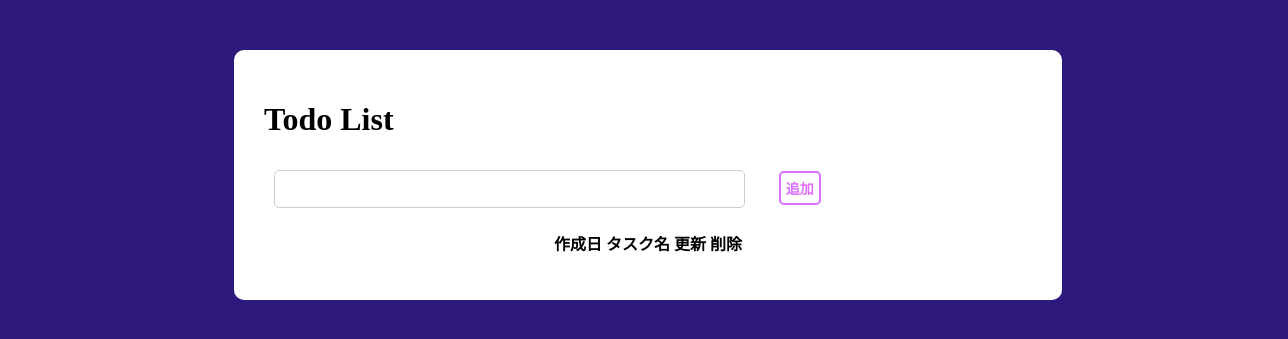
Repository: oninopantsu/20210529onoma
Page: http://localhost/todo/create
The author's editor kept a copy of each file at every save. The page is drawn from the files as they stood at one save, then again after the next save.
The browser window is 1280 px wide. The page is 1288 px wide, so the pictures cover 1288 px, including what lies to the right of the window. The pictures show the whole page.
The page is served by the project's Laravel application, run on PHP 8.4 with Laravel 8. Queries for data that is not in the repository find no rows.

Above is the page before, as saved 2021-06-05 16:39:29.

After the next save:
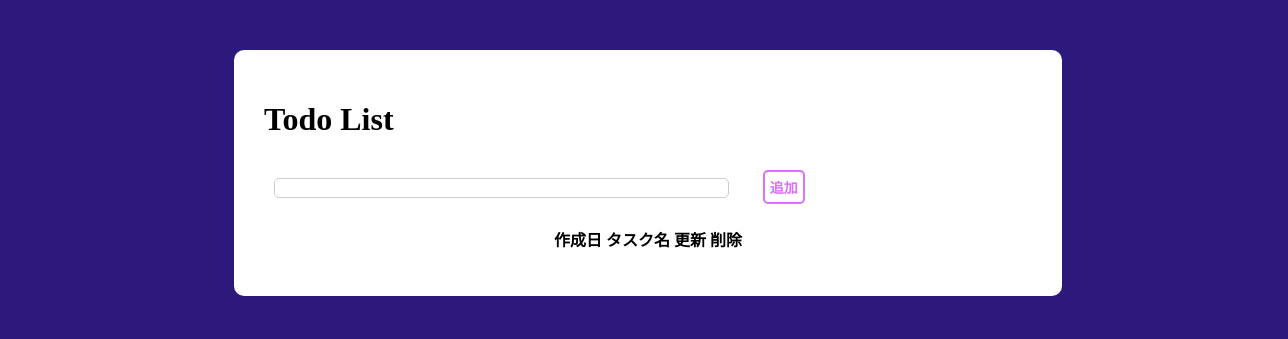
Saved 11 s later.
--- a/resources/views/index.blade.php
+++ b/resources/views/index.blade.php
@@ -39,7 +39,7 @@
 
     .list {
       width: 60%;
-      padding: 10px;
+      padding: px;
     }
 
     .submit {
